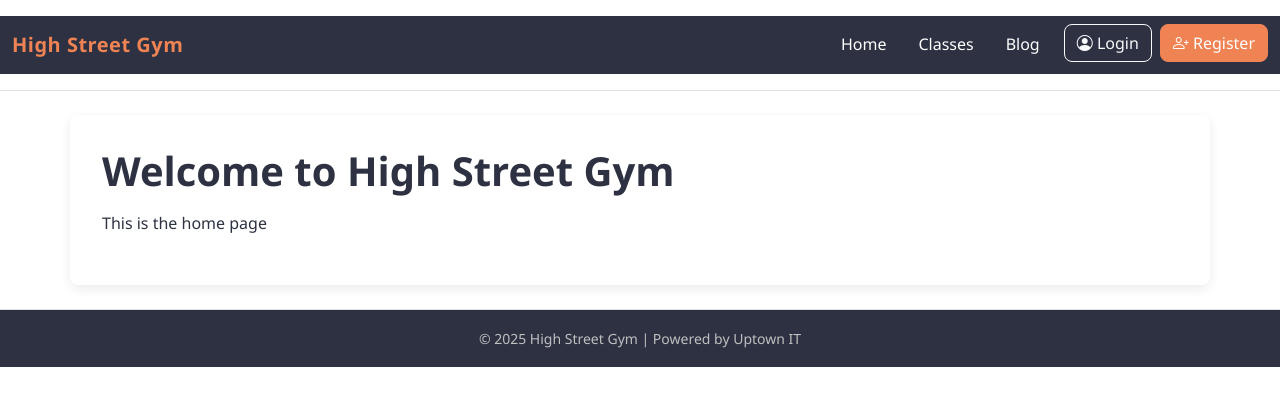
Repository: HBDSolutions/highstreetgym
Page: http://localhost/highstreetgym/
The author's editor kept a copy of each file at every save. The page is drawn from the files as they stood at one save, then again after the next save.
The browser window is 1280 px wide. The pictures show the whole page.
The page is run by PHP 8.4 with error messages shown; the project is at /var/www/html/.

Above is the page before, as saved 2025-10-29 18:11:40.

### index.php
<?php

    // Include base controller to set up common variables
    require_once __DIR__ . '/controllers/basecontroller.php';

    $title = "Welcome to High Street Gym";
    $view  = __DIR__ . '/views/home.php';
    include __DIR__ . '/views/layouts/base.php';

### controllers/basecontroller.php
<?php

// BASE CONTROLLER

// Start session if not already started
if (session_status() === PHP_SESSION_NONE) {
    session_start();
}

// Include required models
require_once __DIR__ . '/../models/database.php';
require_once __DIR__ . '/../models/session.php';
require_once __DIR__ . '/../models/user_functions.php';

// USER AUTHENTICATION STATE

// Get user data from session model
$currentUser = get_current_user_display();
$isLoggedIn = $currentUser['is_logged_in'];
$userName = $currentUser['user_name'];
$userType = $currentUser['user_type'];
$userEmail = $currentUser['user_email'];
$userId = $currentUser['user_id'];

// NAVIGATION FLAGS

// Determine navigation display
$showAdminMenu = $isLoggedIn && $userType === 'admin';
$showMemberMenu = $isLoggedIn;
$showLoginButton = !$isLoggedIn;
$showRegisterButton = !$isLoggedIn;

// LOGIN MODAL SETUP

// Get modal error
$modalLoginError = $_SESSION['modal_login_error'] ?? null;
unset($_SESSION['modal_login_error']);

// Prepare flags for login modal
$showModalLoginError = !empty($modalLoginError);
$showLoginModal = $showModalLoginError;

// Login form context for modal
$loginModalContext = [
    'showErrorAlert' => !empty($modalLoginError),
    'errorMessage' => $modalLoginError ?? '',
    'showSuccessAlert' => false,
    'showInfoAlert' => false,
    'infoMessage' => '',
    'successMessageText' => '',
    'showCardWrapper' => false,
    'showRegisterLink' => false,
    'formAction' => '/highstreetgym/controllers/login.php',
    'previousEmail' => '',
    'redirectUrl' => ''
];

// ACTIVE NAVIGATION HELPER

// Get path for navigation highlighting
$currentPath = parse_url($_SERVER['REQUEST_URI'] ?? '/', PHP_URL_PATH) ?: '/';

// Helper function to determine if navigation item is active
function is_active($needle) {
    global $currentPath;
    return str_ends_with($currentPath, $needle) ? 'active' : '';
}

?>

### models/database.php
<?php

//database connection details
$servername = "localhost";
$username = "connect_hsg";
$password = "HighStreetGym1!";
$database = "highstreetgym";

//connect to the database
try {
	//connect to the database
	$conn = new PDO("mysql:host=$servername;dbname=$database", $username,	$password);
	//set the PDO error mode to exception
	$conn->setAttribute(PDO::ATTR_ERRMODE, PDO::ERRMODE_EXCEPTION);
}
catch (PDOException $e) {
    die("Database connection failed: " . $e->getMessage());
}

?>

### models/session.php
<?php

// SESSION MANAGEMENT FUNCTIONS

// Check user is logged in

function is_user_logged_in() {
    return isset($_SESSION['logged_in']) && $_SESSION['logged_in'] === true;
}

//  Get user data

function get_current_user_display() {
    if (!is_user_logged_in()) {
        return [
            'is_logged_in' => false,
            'user_name' => 'Guest',
            'user_type' => null,
            'user_email' => null,
            'user_id' => null
        ];
    }

    return [
        'is_logged_in' => true,
        'user_name' => $_SESSION['user_name'] ?? 'User',
        'user_type' => $_SESSION['user_type'] ?? 'member',
        'user_email' => $_SESSION['user_email'] ?? '',
        'user_id' => $_SESSION['user_id'] ?? null
    ];
}

// Check user permission

function user_has_permission($requiredType) {
    if (!is_user_logged_in()) {
        return false;
    }

    $userType = $_SESSION['user_type'] ?? 'member';

    // Admin has all permissions
    if ($userType === 'admin') {
        return true;
    }

    // Check specific permission
    return $userType === $requiredType;
}

// Require user to be logged in

function require_login($redirectAfterLogin = '') {
    if (!is_user_logged_in()) {
        $redirect = $redirectAfterLogin ?: $_SERVER['REQUEST_URI'];
        header('Location: controllers/login.php?msg=login_required&redirect=' . urlencode($redirect));
        exit;
    }
}

// Require specific user type/permission

function require_permission($requiredType) {
    require_login(); // First ensure logged in

    if (!user_has_permission($requiredType)) {
        $_SESSION['error_message'] = 'You do not have permission to access this page.';
        header('Location: ../index.php');
        exit;
    }
}
?>

### models/user_functions.php
<?php

// USER MANAGEMENT FUNCTIONS


// Register a new user

function register_user($conn, $data) {
    $errors = [];

    // Validate required fields
    $errors = validate_registration_data($data);

    if (!empty($errors)) {
        return [
            'success' => false,
            'message' => 'Validation failed',
            'errors' => $errors
        ];
    }

    // Check if email is already registered
    if (!is_email_unique($conn, $data['email'])) {
        return [
            'success' => false,
            'message' => 'Email already registered',
            'errors' => ['email' => 'This email is already registered']
        ];
    }

    // Hash password securely
    $passwordHash = password_hash($data['password'], PASSWORD_DEFAULT);

    // Insert user into database
    try {
        $sql = "INSERT INTO users
                (first_name, last_name, email, password_hash, phone, user_type, status)
                VALUES (:first_name, :last_name, :email, :password_hash, :phone, 'member', 'active')";

        $stmt = $conn->prepare($sql);
        $stmt->bindValue(':first_name', trim($data['first_name']));
        $stmt->bindValue(':last_name', trim($data['last_name']));
        $stmt->bindValue(':email', strtolower(trim($data['email'])));
        $stmt->bindValue(':password_hash', $passwordHash);
        $stmt->bindValue(':phone', trim($data['phone'] ?? ''));
        $stmt->execute();
        $stmt->closeCursor();

        return [
            'success' => true,
            'message' => 'Registration successful',
            'user_id' => $conn->lastInsertId()
        ];

    } catch (PDOException $e) {
        return [
            'success' => false,
            'message' => 'Database error',
            'errors' => ['database' => 'Registration failed. Please try again.']
        ];
    }
}

// Authenticate user login

function login_user($conn, $email, $password) {

    // Validate input
    if (empty($email) || empty($password)) {
        return [
            'success' => false,
            'message' => 'Email and password are required',
            'user' => null
        ];
    }

    // Validate email format
    if (!filter_var($email, FILTER_VALIDATE_EMAIL)) {
        return [
            'success' => false,
            'message' => 'Invalid email format',
            'user' => null
        ];
    }

    // Get user from database
    try {
        $sql = "SELECT * FROM users WHERE email = :email LIMIT 1";
        $stmt = $conn->prepare($sql);
        $stmt->bindValue(':email', strtolower(trim($email)));
        $stmt->execute();
        $user = $stmt->fetch(PDO::FETCH_ASSOC);
        $stmt->closeCursor();

        // Check if user exists
        if (!$user) {
            return [
                'success' => false,
                'message' => 'Invalid email or password',
                'user' => null
            ];
        }

        // Check if user is active
        if ($user['status'] !== 'active') {
            return [
                'success' => false,
                'message' => 'Account is inactive. Please contact support.',
                'user' => null
            ];
        }

        // Verify password
        if (!password_verify($password, $user['password_hash'])) {
            return [
                'success' => false,
                'message' => 'Invalid email or password',
                'user' => null
            ];
        }

        // Remove password hash before returning user data
        unset($user['password_hash']);

        return [
            'success' => true,
            'message' => 'Login successful',
            'user' => $user
        ];

    } catch (PDOException $e) {
        return [
            'success' => false,
            'message' => 'Database error',
            'user' => null
        ];
    }
}

// Validate registration data

function validate_registration_data($data) {
    $errors = [];

    // First name required, 2-50 characters
    if (empty($data['first_name'])) {
        $errors['first_name'] = 'First name is required';
    } elseif (strlen(trim($data['first_name'])) < 2 || strlen(trim($data['first_name'])) > 50) {
        $errors['first_name'] = 'First name must be 2-50 characters';
    }

    // Last name required, 2-50 characters
    if (empty($data['last_name'])) {
        $errors['last_name'] = 'Last name is required';
    } elseif (strlen(trim($data['last_name'])) < 2 || strlen(trim($data['last_name'])) > 50) {
        $errors['last_name'] = 'Last name must be 2-50 characters';
    }

    // Valid email required
    if (empty($data['email'])) {
        $errors['email'] = 'Email is required';
    } elseif (!filter_var($data['email'], FILTER_VALIDATE_EMAIL)) {
        $errors['email'] = 'Invalid email format';
    } elseif (strlen($data['email']) > 100) {
        $errors['email'] = 'Email must not exceed 100 characters';
    }

    // Password strength requirements
    if (empty($data['password'])) {
        $errors['password'] = 'Password is required';
    } else {
        $passwordError = validate_password_strength($data['password']);
        if (!empty($passwordError)) {
            $errors['password'] = $passwordError;
        }
    }

    // Password confirmation must match
    if (empty($data['password_confirm'])) {
        $errors['password_confirm'] = 'Please confirm your password';
    } elseif ($data['password'] !== $data['password_confirm']) {
        $errors['password_confirm'] = 'Passwords do not match';
    }

    // Phone must be valid format if provided
    if (!empty($data['phone'])) {
        $phone = preg_replace('/[^0-9]/', '', $data['phone']);
        if (strlen($phone) < 10 || strlen($phone) > 15) {
            $errors['phone'] = 'Invalid phone number format';
        }
    }

    return $errors;
}

// Validate password strength

function validate_password_strength($password) {
    if (strlen($password) < 8) {
        return 'Password must be at least 8 characters';
    }

    if (!preg_match('/[A-Z]/', $password)) {
        return 'Password must contain at least one uppercase letter';
    }

    if (!preg_match('/[a-z]/', $password)) {
        return 'Password must contain at least one lowercase letter';
    }

    if (!preg_match('/[0-9]/', $password)) {
        return 'Password must contain at least one number';
    }

    return '';
}

// Check if email is unique

function is_email_unique($conn, $email) {
    try {
        $sql = "SELECT COUNT(*) FROM users WHERE email = :email";
        $stmt = $conn->prepare($sql);
        $stmt->bindValue(':email', strtolower(trim($email)));
        $stmt->execute();
        $count = $stmt->fetchColumn();
        $stmt->closeCursor();

        return $count === 0;

    } catch (PDOException $e) {
        return false;
    }
}

// Get user by ID

function get_user_by_id($conn, $userId) {
    try {
        $sql = "SELECT user_id, first_name, last_name, email, phone, user_type, status, created_at
                FROM users
                WHERE user_id = :user_id LIMIT 1";
        $stmt = $conn->prepare($sql);
        $stmt->bindValue(':user_id', $userId, PDO::PARAM_INT);
        $stmt->execute();
        $user = $stmt->fetch(PDO::FETCH_ASSOC);
        $stmt->closeCursor();

        return $user;

    } catch (PDOException $e) {
        return null;
    }
}

// Get user by email

function get_user_by_email($conn, $email) {
    try {
        $sql = "SELECT user_id, first_name, last_name, email, phone, user_type, status, created_at
                FROM users
                WHERE email = :email LIMIT 1";
        $stmt = $conn->prepare($sql);
        $stmt->bindValue(':email', strtolower(trim($email)));
        $stmt->execute();
        $user = $stmt->fetch(PDO::FETCH_ASSOC);
        $stmt->closeCursor();

        return $user;

    } catch (PDOException $e) {
        return null;
    }
}
?>

### views/layouts/base.php
<?php

// BASE LAYOUT TEMPLATE

?>
<!DOCTYPE html>

<html lang="en">
    <head>
        <meta charset="UTF-8">
        <meta name="viewport" content="width=device-width, initial-scale=1.0">
        <title><?= htmlspecialchars($title ?? 'High Street Gym') ?></title>

        <!-- Bootstrap 5 CSS -->
        <link href="https://cdn.jsdelivr.net/npm/bootstrap@5.3.3/dist/css/bootstrap.min.css"
                rel="stylesheet"
                integrity="sha384-QWTKZyjpPEjISv5WaRU9OFeRpok6YctnYmDr5pNlyT2bRjXh0JMhjY6hW+ALEwIH"
                crossorigin="anonymous">

        <!-- Bootstrap Icons -->
        <link rel="stylesheet"
                href="https://cdn.jsdelivr.net/npm/bootstrap-icons@1.11.3/font/bootstrap-icons.min.css">

        <!-- All paths relative to /highstreetgym/ -->
        <base href="/highstreetgym/">

        <!-- Local stylesheet -->
        <link rel="stylesheet" href="/highstreetgym/assets/css/style.css">

        <!-- Bootstrap JS bundle -->
        <script src="https://cdn.jsdelivr.net/npm/bootstrap@5.3.3/dist/js/bootstrap.bundle.min.js"
                integrity="sha384-YvpcrYf0tY3lHB60NNkmXc5s9fDVZLESaAA55NDzOxhy9GkcIdslK1eN7N6jIeHz"
                crossorigin="anonymous"></script>
    </head>

    <body>
        <?php include __DIR__ . '/../partials/header.php'; ?>

        <main class="container my-4">
            <?php if (!empty($view)) include $view; ?>
        </main>

        <?php include __DIR__ . '/../partials/footer.php'; ?>
    </body>

</html>

### views/partials/header.php
<?php
?>

<header class="py-3 mb-3 border-bottom">
  <?php include __DIR__ . '/nav.php'; ?>
</header>

### views/partials/nav.php
<nav class="navbar navbar-expand-lg navbar-dark bg-dark">
    <div class="container-fluid">
        <a class="navbar-brand" href="index.php">High Street Gym</a>

        <button class="navbar-toggler" type="button" data-bs-toggle="collapse" data-bs-target="#navbarNav">
            <span class="navbar-toggler-icon"></span>
        </button>

        <div class="collapse navbar-collapse" id="navbarNav">
            <ul class="navbar-nav ms-auto">
                <li class="nav-item">
                    <a class="nav-link <?= is_active('index.php') ?>" href="index.php">Home</a>
                </li>
                <li class="nav-item">
                    <a class="nav-link <?= is_active('classes.php') ?>" href="controllers/classes.php">Classes</a>
                </li>
                <li class="nav-item">
                    <a class="nav-link <?= is_active('blog.php') ?>" href="controllers/blog.php">Blog</a>
                </li>

                <?php if ($showMemberMenu): ?>
                    <!-- Logged In User Menu -->
                    <li class="nav-item">
                        <a class="nav-link <?= is_active('mybookings.php') ?>" href="controllers/mybookings.php">
                            <i class="bi bi-calendar-check"></i> My Bookings
                        </a>
                    </li>

                    <?php if ($showAdminMenu): ?>
                        <!-- Admin Menu -->
                        <li class="nav-item dropdown">
                            <a class="nav-link dropdown-toggle" href="#" id="adminDropdown" role="button" data-bs-toggle="dropdown" aria-expanded="false">
                                <i class="bi bi-gear"></i> Admin
                            </a>
                            <ul class="dropdown-menu" aria-labelledby="adminDropdown">
                                <li><a class="dropdown-item" href="controllers/admin/users.php">Manage Users</a></li>
                                <li><a class="dropdown-item" href="controllers/admin/classes.php">Manage Classes</a></li>
                                <li><a class="dropdown-item" href="controllers/admin/trainers.php">Manage Trainers</a></li>
                            </ul>
                        </li>
                    <?php endif; ?>

                    <li class="nav-item">
                        <span class="nav-link text-white">
                            <i class="bi bi-person-circle"></i> Hello, <?= htmlspecialchars($userName) ?>
                        </span>
                    </li>
                    <li class="nav-item">
                        <a class="nav-link" href="controllers/logout.php">
                            <i class="bi bi-box-arrow-right"></i> Logout
                        </a>
                    </li>
                <?php else: ?>
                    <!-- Not Logged In Menu -->
                    <?php if ($showLoginButton): ?>
                        <li class="nav-item">
                            <button type="button" class="btn btn-outline-light" data-bs-toggle="modal" data-bs-target="#loginModal">
                                <i class="bi bi-person-circle"></i> Login
                            </button>
                        </li>
                    <?php endif; ?>

                    <?php if ($showRegisterButton): ?>
                        <li class="nav-item ms-2">
                            <a href="controllers/register.php" class="btn btn-primary">
                                <i class="bi bi-person-plus"></i> Register
                            </a>
                        </li>
                    <?php endif; ?>
                <?php endif; ?>
            </ul>
        </div>
    </div>
</nav>

<!-- Login Modal -->
<?php if ($showLoginButton): ?>
    <?php include __DIR__ . '/modals/login_modal.php'; ?>
<?php endif; ?>

### views/partials/modals/login_modal.php
<div class="modal fade" id="loginModal" tabindex="-1" aria-labelledby="loginModalLabel" aria-hidden="true">
    <div class="modal-dialog modal-dialog-centered">
        <div class="modal-content">
            <div class="modal-header">
                <h5 class="modal-title" id="loginModalLabel">
                    <i class="bi bi-person-circle"></i> Member Login
                </h5>
                <button type="button" class="btn-close" data-bs-dismiss="modal" aria-label="Close"></button>
            </div>
            <div class="modal-body">
                <?php
                // Modal context
                $loginFormContext = $loginModalContext;
                include __DIR__ . '/../forms/login_form.php';
                ?>
            </div>
            <div class="modal-footer">
                <small class="text-muted">
                    Don't have an account? <a href="controllers/register.php">Register here</a>
                </small>
            </div>
        </div>
    </div>
</div>

<!-- Show modal if error exists -->
<?php if ($showLoginModal): ?>
<script>
    document.addEventListener('DOMContentLoaded', function() {
        var loginModal = new bootstrap.Modal(document.getElementById('loginModal'));
        loginModal.show();
    });
</script>
<?php endif; ?>

### views/partials/forms/login_form.php
<?php
// LOGIN FORM

// Extract context variables
$showErrorAlert = $loginFormContext['showErrorAlert'] ?? false;
$errorMessage = $loginFormContext['errorMessage'] ?? '';
$showSuccessAlert = $loginFormContext['showSuccessAlert'] ?? false;
$successMessageText = $loginFormContext['successMessageText'] ?? '';
$showInfoAlert = $loginFormContext['showInfoAlert'] ?? false;
$infoMessage = $loginFormContext['infoMessage'] ?? '';
$showCardWrapper = $loginFormContext['showCardWrapper'] ?? false;
$showRegisterLink = $loginFormContext['showRegisterLink'] ?? true;
$formAction = $loginFormContext['formAction'] ?? 'controllers/authcontroller.php';
$previousEmail = $loginFormContext['previousEmail'] ?? '';
$redirectUrl = $loginFormContext['redirectUrl'] ?? '';
?>

<?php if ($showCardWrapper): ?>
    <div class="row justify-content-center">
        <div class="col-md-6 col-lg-5">
            <div class="card shadow-sm">
                <div class="card-body p-4">
<?php endif; ?>

<h2 class="<?= $showCardWrapper ? 'card-title text-center mb-4' : 'mb-3' ?>">
    <i class="bi bi-person-circle"></i> Member Login
</h2>

<!-- Success Alert -->
<?php if ($showSuccessAlert): ?>
    <div class="alert alert-success alert-dismissible fade show" role="alert">
        <i class="bi bi-check-circle"></i> <?= htmlspecialchars($successMessageText) ?>
        <button type="button" class="btn-close" data-bs-dismiss="alert" aria-label="Close"></button>
    </div>
<?php endif; ?>

<!-- Error Alert -->
<?php if ($showErrorAlert): ?>
    <div class="alert alert-danger alert-dismissible fade show" role="alert">
        <i class="bi bi-exclamation-triangle"></i> <?= htmlspecialchars($errorMessage) ?>
        <button type="button" class="btn-close" data-bs-dismiss="alert" aria-label="Close"></button>
    </div>
<?php endif; ?>

<!-- Info Alert -->
<?php if ($showInfoAlert): ?>
    <div class="alert alert-info alert-dismissible fade show" role="alert">
        <i class="bi bi-info-circle"></i> <?= htmlspecialchars($infoMessage) ?>
        <button type="button" class="btn-close" data-bs-dismiss="alert" aria-label="Close"></button>
    </div>
<?php endif; ?>

<!-- Login Form -->
<form method="POST" action="<?= htmlspecialchars($formAction) ?>" id="loginForm" novalidate>
    <div class="mb-3">
        <label for="email" class="form-label">Email Address</label>
        <input type="email"
                class="form-control"
                id="email"
                name="email"
                value="<?= htmlspecialchars($previousEmail) ?>"
                required
                autocomplete="email">
        <div class="invalid-feedback">Please enter a valid email address.</div>
    </div>

    <div class="mb-3">
        <label for="password" class="form-label">Password</label>
        <input type="password"
                class="form-control"
                id="password"
                name="password"
                required
                autocomplete="current-password">
        <div class="invalid-feedback">Please enter your password.</div>
    </div>

    <!-- Redirect parameter -->
    <?php if ($redirectUrl): ?>
        <input type="hidden" name="redirect" value="<?= htmlspecialchars($redirectUrl) ?>">
    <?php endif; ?>

    <!-- Action identifier -->
    <input type="hidden" name="action" value="login">

    <div class="d-grid">
        <button type="submit" class="btn btn-primary btn-lg">
            <i class="bi bi-box-arrow-in-right"></i> Login
        </button>
    </div>
</form>

<!-- Register Link -->
<?php if ($showRegisterLink): ?>
    <div class="text-center mt-4">
        <p class="mb-0">Don't have an account?
            <a href="register.php" class="text-decoration-none">Register here</a>
        </p>
    </div>
<?php endif; ?>

<?php if ($showCardWrapper): ?>
                </div>
            </div>
        </div>
    </div>
<?php endif; ?>

<!--CLIENT-SIDE VALIDATION-->

<script>
    (function() {
        'use strict';

        const form = document.getElementById('loginForm');

        if (form) {
            form.addEventListener('submit', function(event) {
                if (!form.checkValidity()) {
                    event.preventDefault();
                    event.stopPropagation();
                }
                form.classList.add('was-validated');
            }, false);
        }
    })();
</script>

### views/home.php
<h1 class="mb-3">Welcome to High Street Gym</h1>
<p>This is the home page</p>

### views/partials/footer.php
<footer class="text-center text-muted py-3 border-top">
  <small>&copy; <?= date('Y') ?> High Street Gym | Powered by Uptown IT</small>
</footer>

### assets/css/style.css
/* === High Street Gym Custom Theme === */
:root {
  /* Base brand palette */
  --hsg-primary:   #EF8354;
  --hsg-secondary: #4F5D75;
  --hsg-muted:     #BFC0C0;
  --hsg-dark:      #2D3142;
  --hsg-light:     #FFFFFF;

  /* Bootstrap variable overrides */
  --bs-body-bg: var(--hsg-light);
  --bs-body-color: var(--hsg-dark);
  --bs-primary: var(--hsg-primary);
  --bs-secondary: var(--hsg-secondary);
  --bs-success: #2ECC71;
  --bs-danger:  #E74C3C;
  --bs-warning: #F1C40F;
  --bs-info:    #3498DB;
  --bs-border-radius: .5rem;
  --bs-font-sans-serif: "Segoe UI", Roboto, "Helvetica Neue", Arial, sans-serif;
}

/* === Global layout === */
body {
  background-color: var(--bs-body-bg);
  color: var(--bs-body-color);
  line-height: 1.6;
}

h1, h2, h3, h4 {
  font-weight: 600;
  color: var(--hsg-dark);
}

/* === Navbar === */
.navbar {
  background-color: var(--hsg-dark) !important;
}
.navbar .navbar-brand {
  color: var(--hsg-primary) !important;
  font-weight: 700;
  letter-spacing: .5px;
}
.navbar .nav-link {
  color: var(--hsg-light) !important;
  margin-right: 1rem;
  transition: color .2s ease-in-out;
}
.navbar .nav-link:hover,
.navbar .nav-link.active {
  color: var(--hsg-primary) !important;
  text-decoration: underline;
}

/* === Main container card === */
main.container {
  background: var(--hsg-light);
  padding: 2rem;
  border-radius: var(--bs-border-radius);
  box-shadow: 0 4px 12px rgba(0,0,0,0.08);
}

/* === Buttons === */
.btn-primary {
  background-color: var(--hsg-primary);
  border-color: var(--hsg-primary);
}
.btn-primary:hover {
  background-color: var(--hsg-secondary);
  border-color: var(--hsg-secondary);
}

/* === Tables === */
.table {
  color: var(--hsg-dark);
  border-color: var(--hsg-muted);
}
.table thead {
  background-color: var(--hsg-secondary);
  color: var(--hsg-light);
}
.table-striped tbody tr:nth-of-type(odd) {
  background-color: #f8f9fa;
}

/* === Footer === */
footer {
  background-color: var(--hsg-dark);
  color: var(--hsg-light);
  text-align: center;
  padding: 1rem 0;
}
footer small {
  color: var(--hsg-muted);
}

/* === Utility tweaks === */
a { color: var(--hsg-primary); }
a:hover { color: var(--hsg-secondary); }

.list-group-item {
  border: none;
  border-bottom: 1px solid var(--hsg-muted);
}

After the next save:
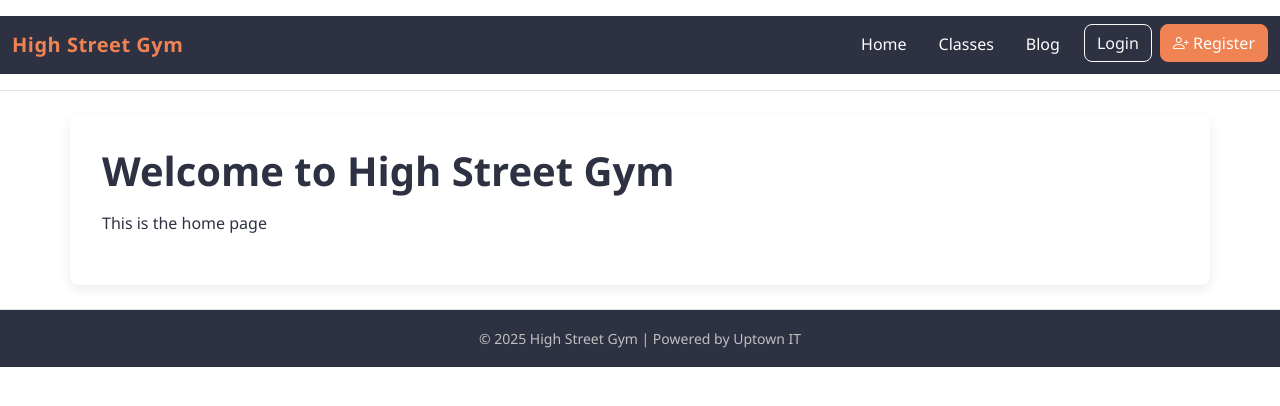
Saved 2 min 0 s later.
--- a/views/partials/nav.php
+++ b/views/partials/nav.php
@@ -55,7 +55,7 @@
                     <?php if ($showLoginButton): ?>
                         <li class="nav-item">
                             <button type="button" class="btn btn-outline-light" data-bs-toggle="modal" data-bs-target="#loginModal">
-                                <i class="bi bi-person-circle"></i> Login
+                                Login
                             </button>
                         </li>
                     <?php endif; ?>
